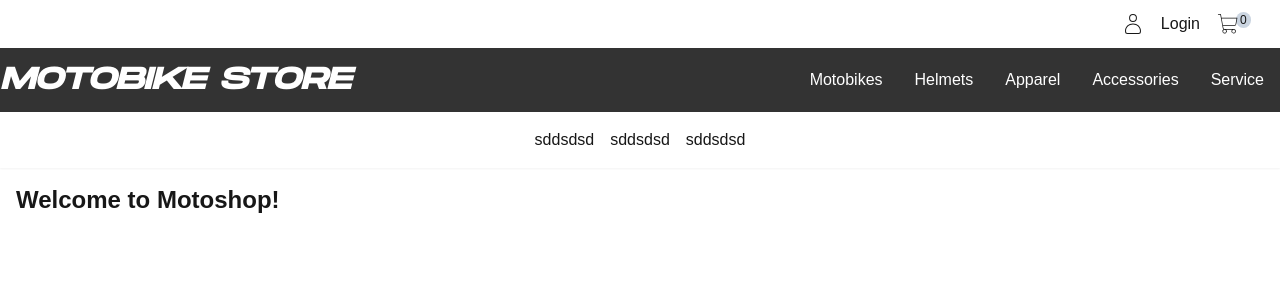
Repository: Than-sothearak/next-motoshop
Page: /
The author's editor kept a copy of each file at every save. The page is drawn from the files as they stood at one save, then again after a run of saves.
The browser window is 1280 px wide. The pictures show the whole page.
The project was rebuilt for these pictures with package versions that can differ from the ones it lists, and the page was loaded fresh each time. The framework's server and built-in components were replaced by stand-ins that run in the browser. Also part of the build but not shown: next.config.mjs.

Above is the page before, as saved 2024-10-10 21:24:59.

After the next 2 saves:
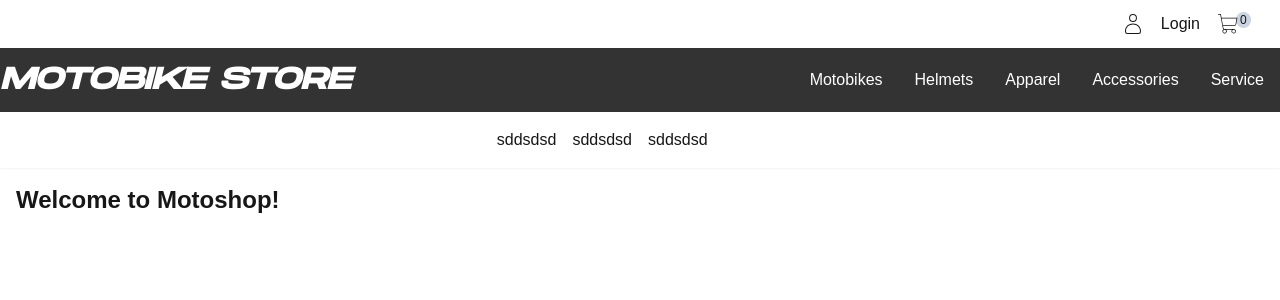
The 2 saves are shown as one change because they came seconds apart.
The last was saved 39 s later.
--- a/app/components/Navbar.js
+++ b/app/components/Navbar.js
@@ -53,7 +53,7 @@ export default function Navbar() {
       </nav>
       <div className="shadow-sm p-4">
         <div className="container mx-auto  justify-center flex">
-          <ul className="flex gap-4">
+          <ul className="grid grid-cols-4 gap-4">
             <a>sddsdsd</a>
             <a>sddsdsd</a>
             <a>sddsdsd</a>
